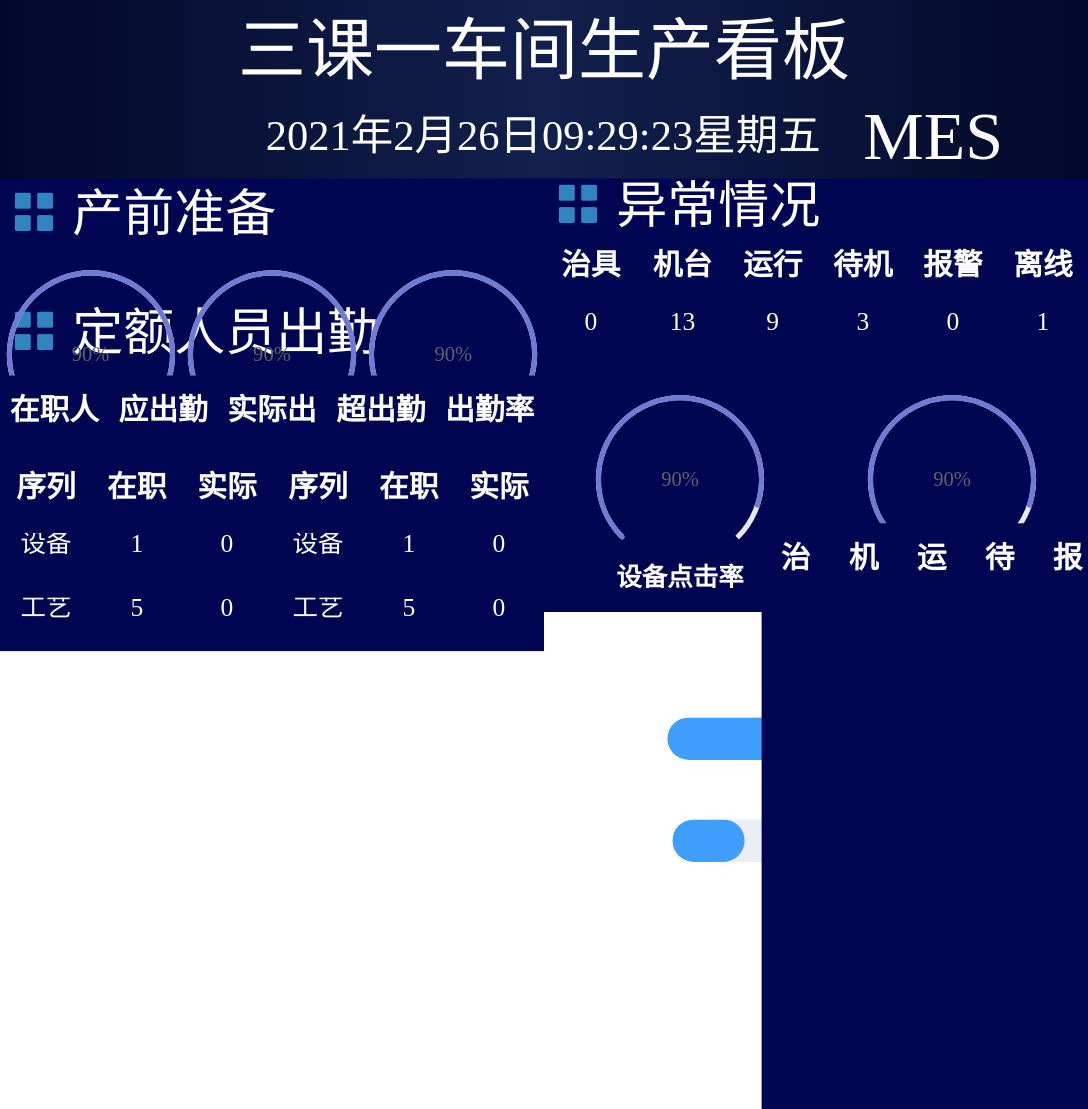
Repository: Bimbaloo/pv-view
Page: a.html
The author's editor kept a copy of each file at every save. The page is drawn from the files as they stood at one save, then again after the next save.
The browser window is 1280 px wide. The pictures show the whole page, at 85% of full size.

Above is the page before, as saved 2021-05-14 15:25:44.
Console error: ReferenceError: echarts is not defined

After the next save:
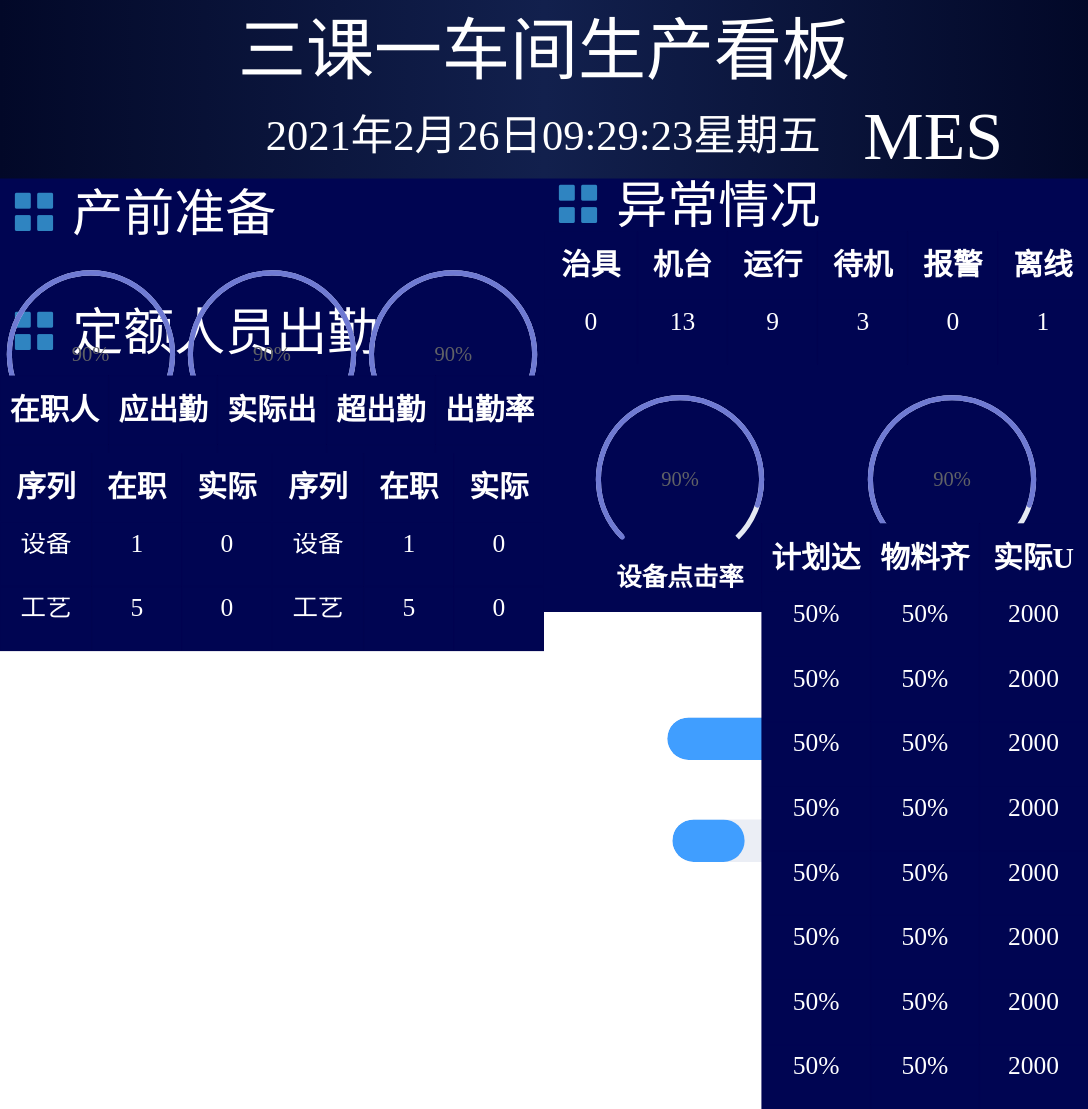
Saved 22 s later.
--- a/a.html
+++ b/a.html
@@ -135,7 +135,7 @@
 
       <div id="container" style="height: 80%;width: 70%;"></div>
       <el-table ref="table5" :data="tableData.data5" style="width: 100%">
-        <el-table-column v-for="col in columns4" :key="col.prop" :label="col.label" :prop="col.prop"
+        <el-table-column v-for="col in columns5" :key="col.prop" :label="col.label" :prop="col.prop"
           :class-name="col.class" align='center'>
         </el-table-column>
       </el-table>
